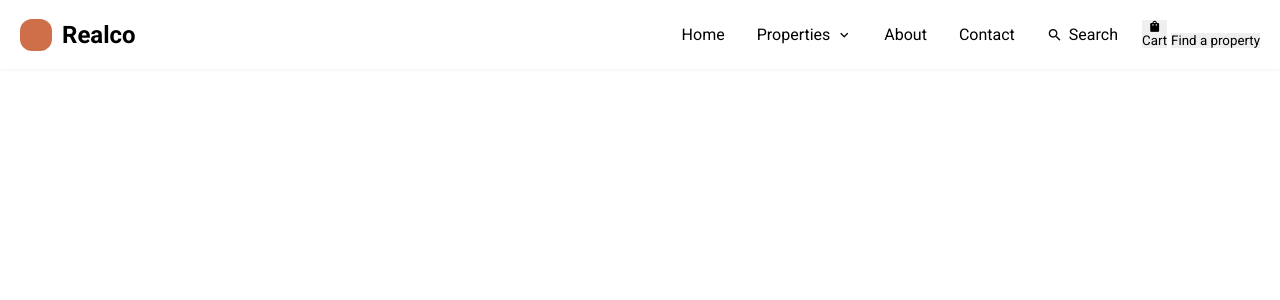
Repository: bek77g/realco
Page: index.html
The author's editor kept a copy of each file at every save. The page is drawn from the files as they stood at one save, then again after the next save.
The browser window is 1280 px wide. The pictures show the whole page.
The style sheet was rebuilt from its Sass, Less or Tailwind sources for each picture, by a compiler version that may differ from the author's.

Above is the page before, as saved 2023-04-13 21:09:57.

After the next save:
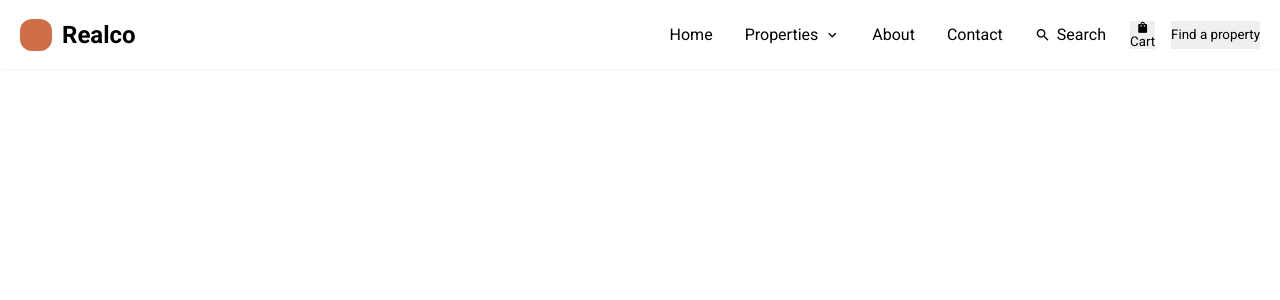
Saved 29 s later.
--- a/src/styles/_header.scss
+++ b/src/styles/_header.scss
@@ -24,4 +24,8 @@
       }
     }
   }
+  &__buttons {
+    display: flex;
+    gap: 16px;
+  }
 }
